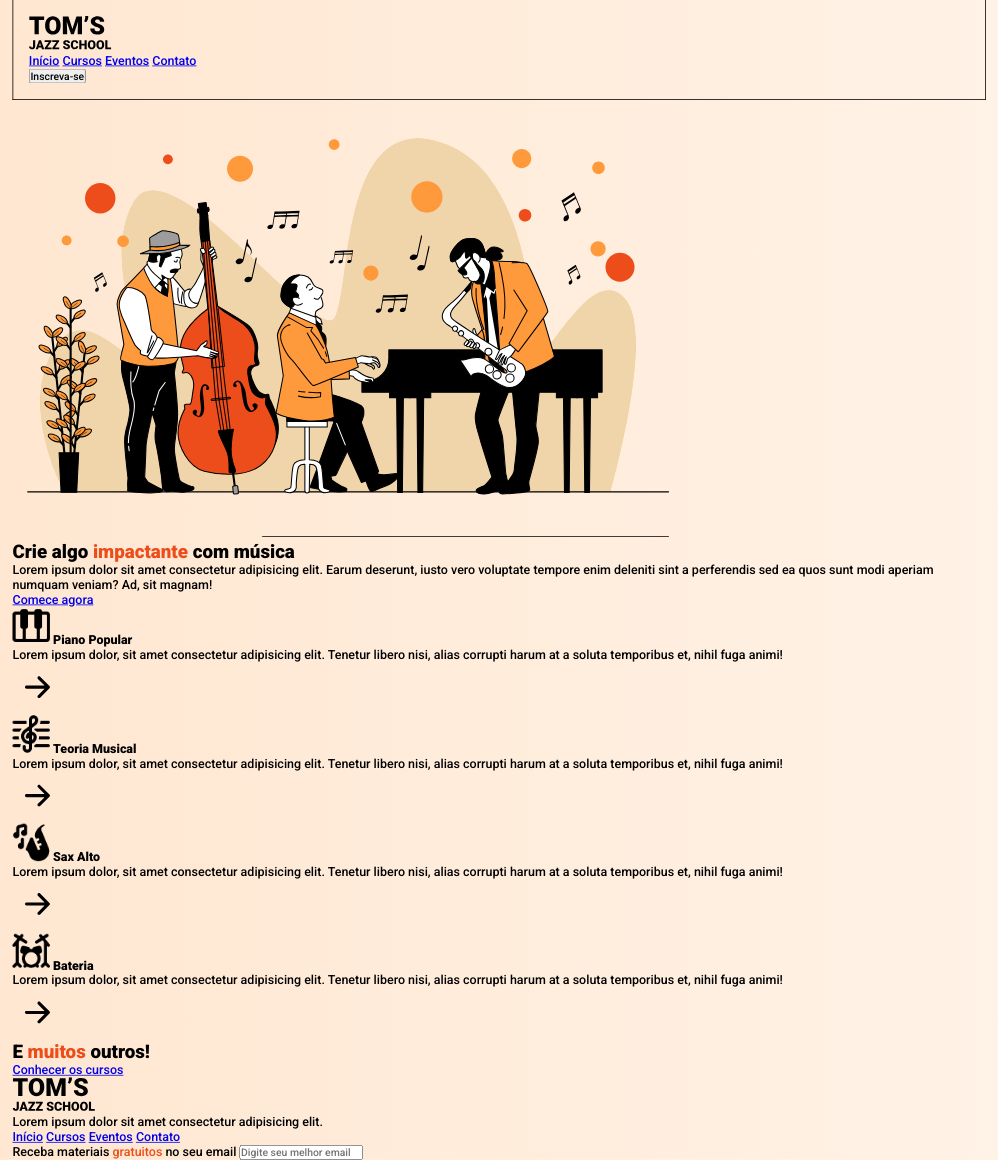
Repository: tenoriodasilva31/OBC-Music-School
Page: index.html
An editor plug-in stored every save of this project. The page is shown before and after the next save, followed by the edit.
The browser window is 1280 px wide. The pictures show the whole page, at 78% of full size.

Above is the page before, as saved 2023-07-05 17:08:43.

After the next save:
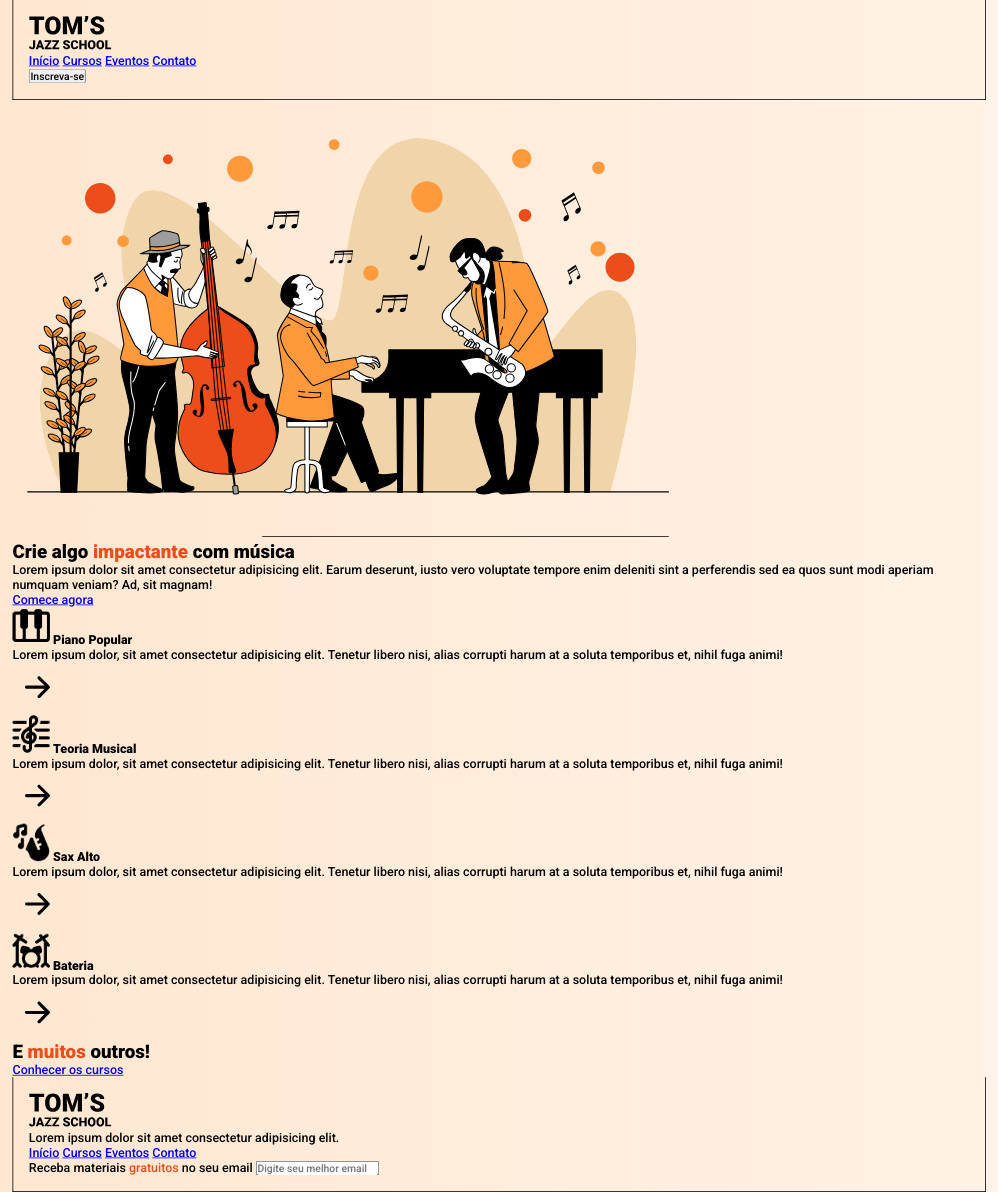
Saved 79 s later.
--- a/index.css
+++ b/index.css
@@ -17,7 +17,7 @@ body {
     padding: 0 1rem;
 }
 
-header {
+header,.hero-section, .courses-section, footer {
     border-color: var(--color-black);
     border-style: solid;
     border-width: 0 1px 1px 1px;
